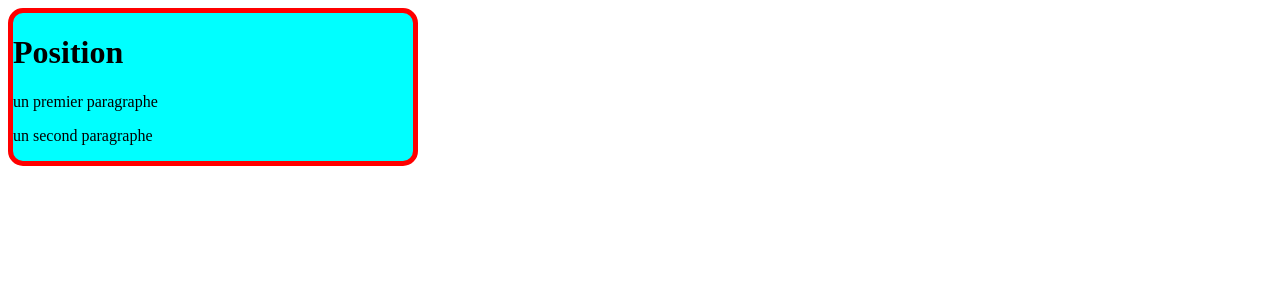
Repository: Poulpyto/fitec
Page: workspaceHtmlFlo/PremierTp_htmlCss/WebContent/position.html
These files come from the project's save history. The page is drawn as it stood at one moment and after the next save; the edit follows.
The browser window is 1280 px wide. The pictures show the whole page.

Above is the page before, as saved 2017-04-04 09:22:41.

### workspaceHtmlFlo/PremierTp_htmlCss/WebContent/position.html
<!DOCTYPE html>
<html>
<head>
<meta charset="UTF-8">
<link rel="stylesheet" href="css/style8.css" />
<title>Insert title here</title>
</head>
<body>
	<div>
	<h1>Position</h1>
	<p class="p1">un premier paragraphe</p>
		<p class="p2">un second paragraphe </p>
	</div>
</body>
</html>

### workspaceHtmlFlo/PremierTp_htmlCss/WebContent/css/style8.css
@CHARSET "UTF-8";

div{
	background-color: cyan;
	width: 400px;
	border: 5px solid red;
	border-radius: 15px;
}

After the next save:
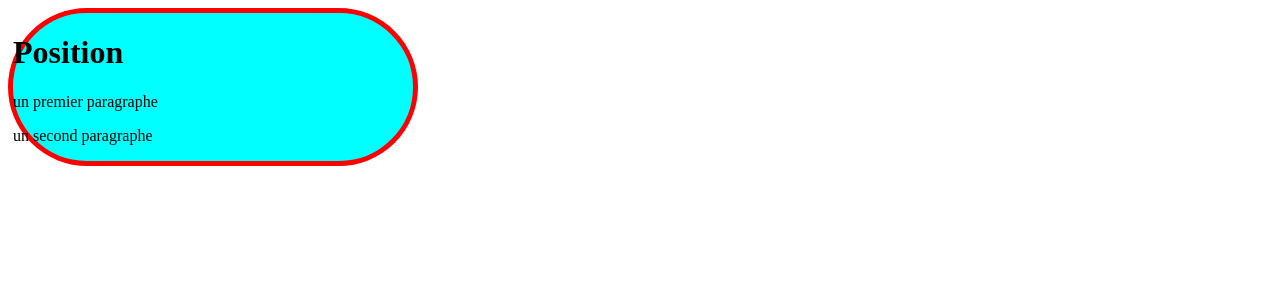
Saved 18 s later.
--- a/workspaceHtmlFlo/PremierTp_htmlCss/WebContent/css/style8.css
+++ b/workspaceHtmlFlo/PremierTp_htmlCss/WebContent/css/style8.css
@@ -4,5 +4,5 @@
 	background-color: cyan;
 	width: 400px;
 	border: 5px solid red;
-	border-radius: 15px;
+	border-radius: 150px;
 }

After the 4 saves that followed:
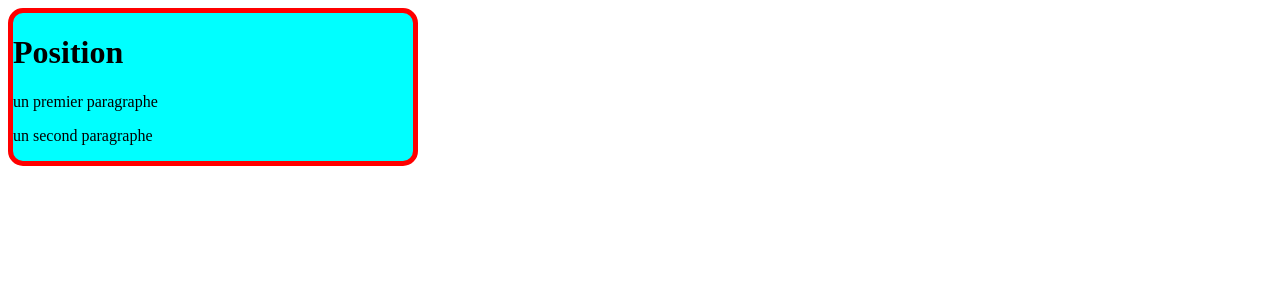
The 4 saves are shown as one change because 3 left the picture as it was.
The last was saved 30 s later.
--- a/workspaceHtmlFlo/PremierTp_htmlCss/WebContent/css/style8.css
+++ b/workspaceHtmlFlo/PremierTp_htmlCss/WebContent/css/style8.css
@@ -4,5 +4,5 @@
 	background-color: cyan;
 	width: 400px;
 	border: 5px solid red;
-	border-radius: 150px;
+	border-radius: 15px;
 }
